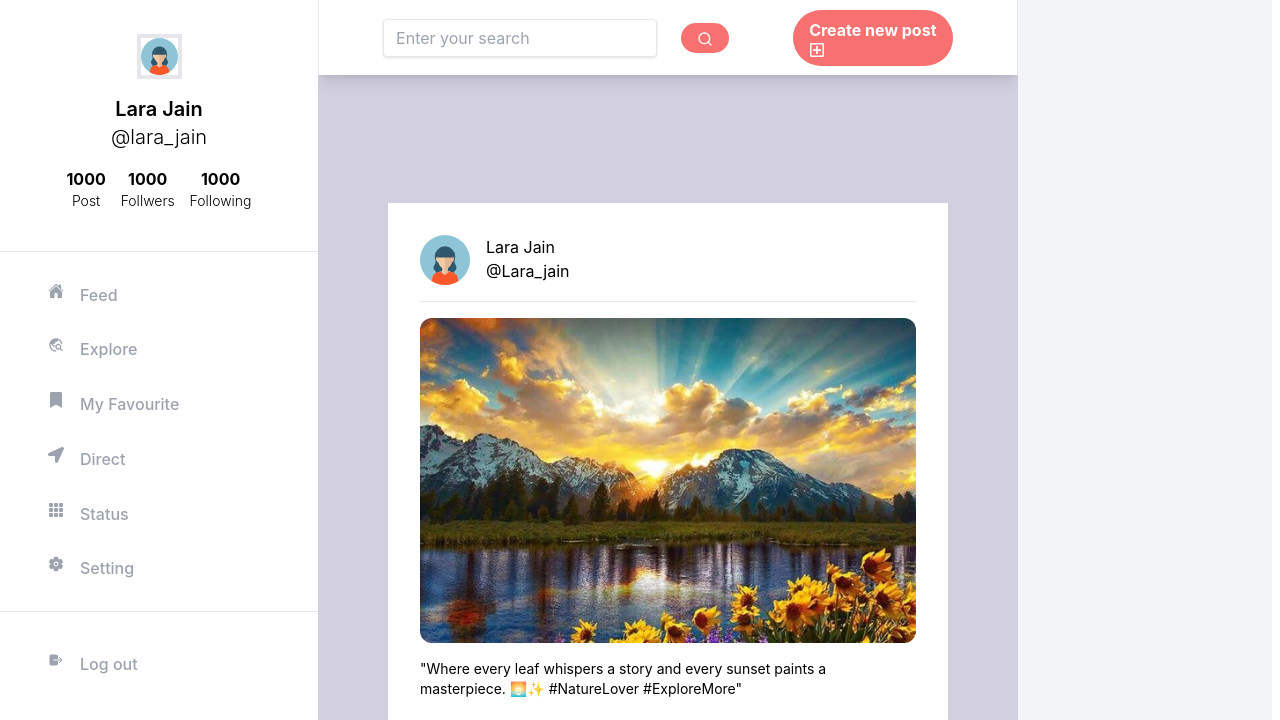
Repository: cosmicswati/upgrad-captions-project
Page: /
The author's editor kept a copy of each file at every save. The page is drawn from the files as they stood at one save, then again after the next save.
The browser window is 1280 px wide. The pictures show the whole page.
An inner scrolling area shows only its first screen. The project was rebuilt for these pictures with package versions that can differ from the ones it lists, and the page was loaded fresh each time. Also part of the build but not shown: src/modules/Authorization/Form.jsx, src/modules/Authorization/index.js.

Above is the page before, as saved 2024-04-13 12:03:52.

### src/index.css
@tailwind base;
@tailwind components;
@tailwind utilities;

body {
  margin: 0;
  font-family: -apple-system, BlinkMacSystemFont, 'Segoe UI', 'Roboto', 'Oxygen',
    'Ubuntu', 'Cantarell', 'Fira Sans', 'Droid Sans', 'Helvetica Neue',
    sans-serif;
  -webkit-font-smoothing: antialiased;
  -moz-osx-font-smoothing: grayscale;
}

code {
  font-family: source-code-pro, Menlo, Monaco, Consolas, 'Courier New',
    monospace;
}

.scrollbar-hide::-webkit-scrollbar{
  display: none;
}

### src/App.js
import React from 'react';
import Routes from './routes'
function App() {
  return (
    <div>
      {/* <Auth />  */}
      <Routes/>
    </div>
  );
}

export default App;

### src/routes/index.js
import React from 'react';
import { Route, Routes as Router } from 'react-router-dom';
import Home from '../modules/Home';
import Form from '../modules/Authorization';

const Routes = () => {
    const routes = [
        {
            id: 1,
            name: 'home',
            path: '/',
            Component: Home
        },
        {
            id: 2,
            name: 'sign in',
            path: '/account/signin',
            Component: Form
        },
        {
            id: 3,
            name: 'sign up',
            path: '/account/signup',
            Component: Form
        }
    ];

    return (
        <Router>
            {routes.map(({ id, path, Component }) => (
                <Route key={id} path={path} element={<Component />} />
            ))}
        </Router>
    );
};

export default Routes;

### src/modules/Home/index.js
import React from 'react'
import { ReactComponent as Avatar} from '../../assets/Avatar.svg'
import Input from '../../components/Input'
import Button from '../../components/Button'
import postImg2 from '../../assets/postImg2.jpg'
import { IoHome } from "react-icons/io5";
import { MdOutlineTravelExplore } from "react-icons/md";
import { FaBookmark } from "react-icons/fa";
import { FaLocationArrow  } from "react-icons/fa";
import { BsFillGrid3X3GapFill } from "react-icons/bs";
import { IoSettings , IoLogOut} from "react-icons/io5";
import { LuSearch } from "react-icons/lu";
import { FaRegPlusSquare } from "react-icons/fa";
import { BiSolidLike } from "react-icons/bi";
import { FaComment } from "react-icons/fa6";
import { FaShareNodes } from "react-icons/fa6";
import { stats, navigations } from './data'

const Home = () => {
  return (
    <div className='h-screen bg-[#d2cfdf]  flex overflow-hidden mr-2'>
        <div className='w-[25%] bg-white flex flex-col'>
            <div className='h-[35%] flex justify-center items-center border-b'>
                <div className='flex flex-col justify-center items-center'>
                    <Avatar width={'45px'} height={'45px'} className='border-4 rounded-fullp-2'/>
                    <div className='my-4 text-center'>
                         <h3 className='text-xl font-semibold'>Lara Jain</h3>
                         <p className='text-xl font-light'>@lara_jain</p>
                    </div>
                    <div className='h-[50px] flex justify-around w-[200px] text-center'>
                        {
                            stats.map(({id, name, stats}) => {
                                return(
                                <div key={id}>
                                  <h4 className='font-bold'>{stats}</h4>
                                 <p className='font-light text-sm'>{name}</p>
                            </div>
                             )
                          })
                        }
                    </div>
                </div>
            </div>
            <div className='h-[50%] flex flex-col justify-evenly pl-12 border-b text-gray-400 text-md font-medium'>
                {
                    navigations.map(({id, name, icon}) => {
                        return(
                            <div key={id} className='flex cursor-pointer hover:text-[#F00F51]'><span
                            className='mr-4'>{icon}</span>{name}</div>

                        )
                    })
                }

            </div>
            <div className='h-[15%] pt-10 text-gray-400 text-md font-medium'>
                <div className='ml-12 cursor-pointer flex hover:text-[#F00F51]'> <span className='mr-4'><IoLogOut /></span>Log out</div>
            </div>
        </div>
        <div className='w-[55%] overflow-scroll h-full scrollbar-hide'>
            <div className='bg-white h-[75px] border-l border-r flex justify-evenly items-center pt-4 sticky top-0 shadow-lg'>
                 <div className='flex justify-center items-center'>
                    <Input placeholder='Enter your search' className='w-[400px] rounded-full'/>
                    <Button  icon={<LuSearch />}  className='mb-4 ml-6  h-[30px]  bg-red-400 hover:bg-red-500 rounded-full '/>
                 </div>
                 <div className= 'flex flex-col justify-evenly' >
                 <Button icon={<FaRegPlusSquare />} label='Create new post'  className='rounded-full bg-red-400 hover:bg-red-500 mb-4'/>
            </div>
            </div>
            {
                [1,2,3,4,5,6].map(() => {
                    return(
                        <div className='bg-white w-[80%]  mx-auto mt-32 p-8'>
                        <div className='border-b flex item-center pb-4 mb-4'>
                            <Avatar width={'50px'} height={'50px'} />
                           <div className='ml-4'>
                           <h3>Lara Jain</h3>
                            <p>@Lara_jain</p>
                           </div>
                        </div>
                        <div className='border-b pb-4 mb-4'>
                            <img src={postImg2} className='rounded-xl' />
                            <p className='my-4 text-sm font-normal'>
        "Where every leaf whispers a story and every sunset paints a masterpiece.
         🌅✨ #NatureLover #ExploreMore"</p>
                        </div>
                        <div className='flex justify-evenly text-black text-sm font-medium'>
                        <div className='flex cursor-pointer item-center hover:text-[#F00F51]'><span className='mr-2'><BiSolidLike /></span>10.5 Likes</div>
                        <div className='flex cursor-pointer item-center hover:text-[#F00F51]'><span className='mr-2'><FaComment /></span>10.5 Comments</div>
                        <div className='flex cursor-pointer item-center  hover:text-[#F00F51]'><span className='mr-2'><FaShareNodes /></span>10.5 Share</div>
                        <div className='flex cursor-pointer item-center hover:text-[#F00F51]'><span className='mr-2'><FaBookmark /></span>10.5 Saved</div>

                        </div>
                    </div>

                    )
                })
            }


        </div>

        <div className='w-[20%] bg-[#F2F5F8]'>



            </div>
    </div>
  )
}

export default Home

### src/components/Input/index.js
import React from 'react'

const Input = ({
    name = '',
    label ='',
    type ='',
    placeholder =''
}) => {
  return (
    <div class="mb-4">
        {
          label &&
          <label class="block text-gray-700 text-sm font-bold mb-2" for={name}>
             {label}
          </label>
        }

        <input class="shadow apperance-none border rounded w-full py-2 px-3
         text-gray-700 leading-tight focus:outline-none focus:shadow-outline"
         id={name} type={type} placeholder={placeholder} />

    </div>
  )

}

export default Input

### src/components/Button/index.js
import React from 'react'

const Button = ({
   icon = null,
    label ='',
    className =''

}) => {
  return (
    <button className={`bg-blue-500 hover:bg-blue-700 text-white font-bold py-2 px-4 rounded ${className}`}>
      {label}
      {icon}
  </button>
  )
}

export default Button

### src/modules/Home/data.js
import { BsFillGrid3X3GapFill } from "react-icons/bs"
import { FaBookmark, FaLocationArrow, FaStar, FaStream } from "react-icons/fa"
import { IoHome, IoSettings } from "react-icons/io5"
import { MdOutlineTravelExplore } from "react-icons/md"

 export const stats =[
    {
        id : 1,
        name : 'Post',
        stats : 1000

    },
    {
        id : 1,
        name : 'Follwers',
        stats : 1000

    },
    {
        id : 1,
        name : 'Following',
        stats : 1000

    },
]
export const navigations = [
    {
        id: 1,
        name: 'Feed',
        icon: <IoHome/>
    },
    {
        id: 2,
        name: 'Explore',
        icon: < MdOutlineTravelExplore/>
    },
    {
        id: 3,
        name: 'My Favourite',
        icon: <FaBookmark />
    },
    {
        id: 4,
        name: 'Direct',
        icon: <FaLocationArrow />
    },
    {
        id: 5,
        name: 'Status',
        icon: <BsFillGrid3X3GapFill />
    },
    {
        id: 6,
        name: 'Setting',
        icon: <IoSettings />
    },

]

### tailwind.config.js
/** @type {import('tailwindcss').Config} */
module.exports = {
 mode:'jit',
 purge: [
  './public/**/*.html',
  './src/**/*.{js,jsx,ts,tsx,vue}',
 ],
  content: [
    "./src/**/*.{js,jsx,ts,tsx}",
  ],
  theme: {
    extend: {},
  },
  plugins: [],
}

Loaded but not shown: public/index.html (common file); src/index.js (common file); src/reportWebVitals.js (common file)

After the next save:
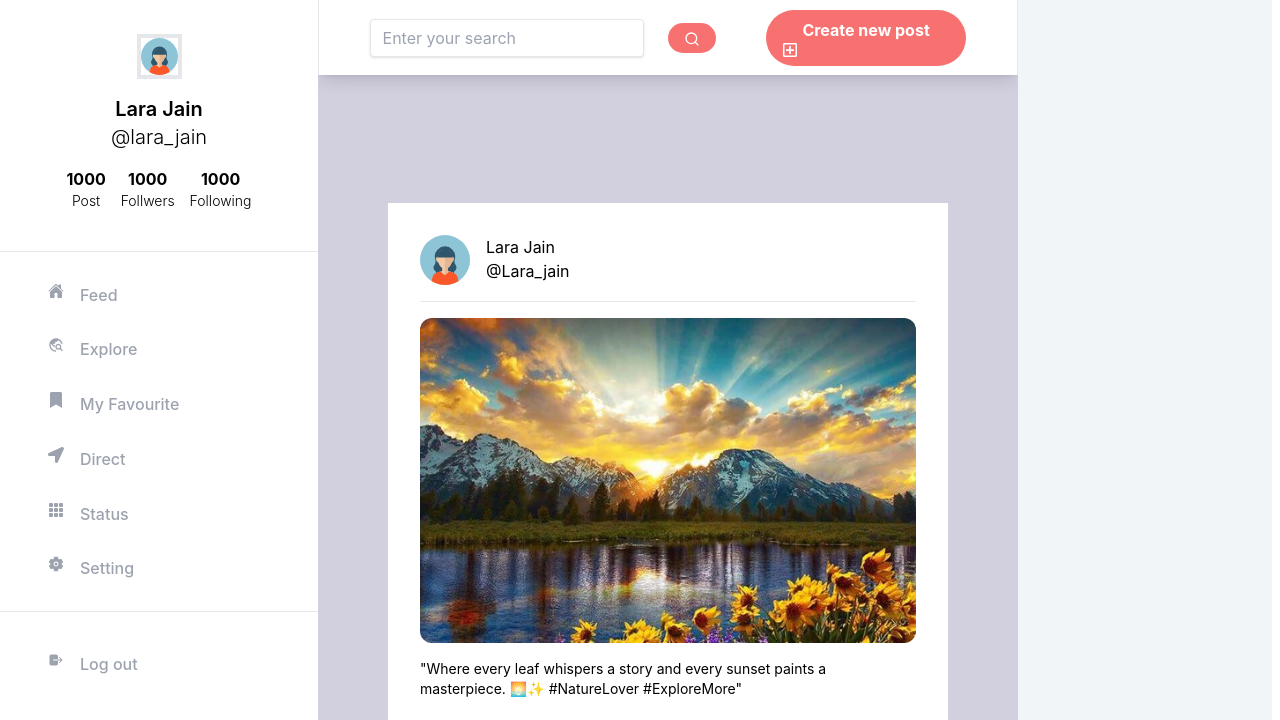
Saved 39 s later.
--- a/src/modules/Home/index.js
+++ b/src/modules/Home/index.js
@@ -63,7 +63,7 @@ const Home = () => {
                     <Input placeholder='Enter your search' className='w-[400px] rounded-full'/>
                     <Button  icon={<LuSearch />}  className='mb-4 ml-6  h-[30px]  bg-red-400 hover:bg-red-500 rounded-full '/>
                  </div>
-                 <div className= 'flex flex-col justify-evenly' >
+                 <div className= 'flex flex-col justify-evenly w-[200px]' >
                  <Button icon={<FaRegPlusSquare />} label='Create new post'  className='rounded-full bg-red-400 hover:bg-red-500 mb-4'/>
             </div>
             </div>

After the save that followed:
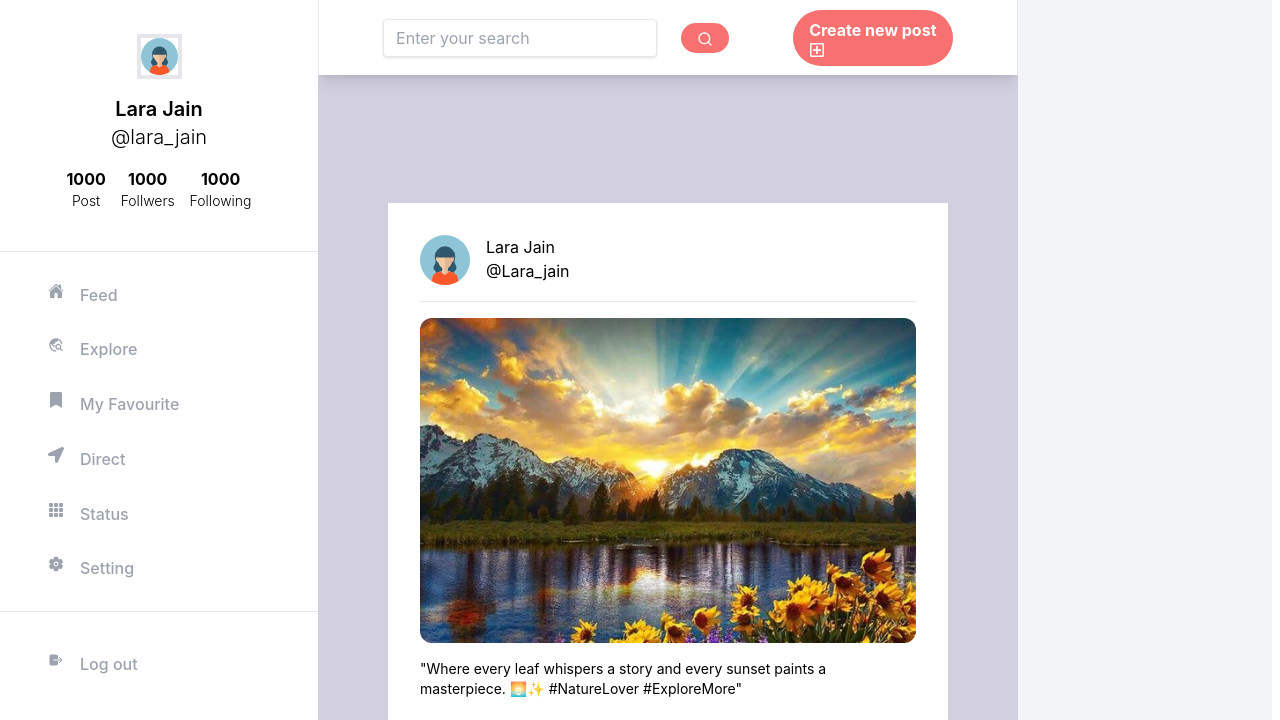
Saved 47 s later.
--- a/src/modules/Home/index.js
+++ b/src/modules/Home/index.js
@@ -63,7 +63,7 @@ const Home = () => {
                     <Input placeholder='Enter your search' className='w-[400px] rounded-full'/>
                     <Button  icon={<LuSearch />}  className='mb-4 ml-6  h-[30px]  bg-red-400 hover:bg-red-500 rounded-full '/>
                  </div>
-                 <div className= 'flex flex-col justify-evenly w-[200px]' >
+                 <div className= 'flex justify-center items-center' >
                  <Button icon={<FaRegPlusSquare />} label='Create new post'  className='rounded-full bg-red-400 hover:bg-red-500 mb-4'/>
             </div>
             </div>
